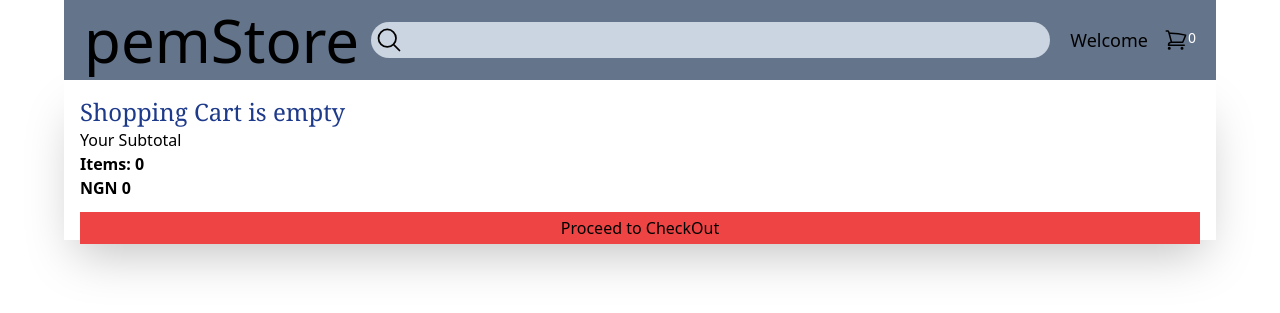
Repository: Semanmernstack/pemstore
Page: /checkout
The author's editor kept a copy of each file at every save. The page is drawn from the files as they stood at one save, then again after the next save.
The browser window is 1280 px wide. The pictures show the whole page.
The page's requests for data from a server got no answer. The project was rebuilt for these pictures with package versions that can differ from the ones it lists, and the page was loaded fresh each time. The framework's server and built-in components were replaced by stand-ins that run in the browser. No one was signed in, and anything a server would have sent is missing. Also part of the build but not shown: next.config.js, components/CheckoutProduct.js.

Above is the page before, as saved 2022-11-06 05:58:36.

After the next save:
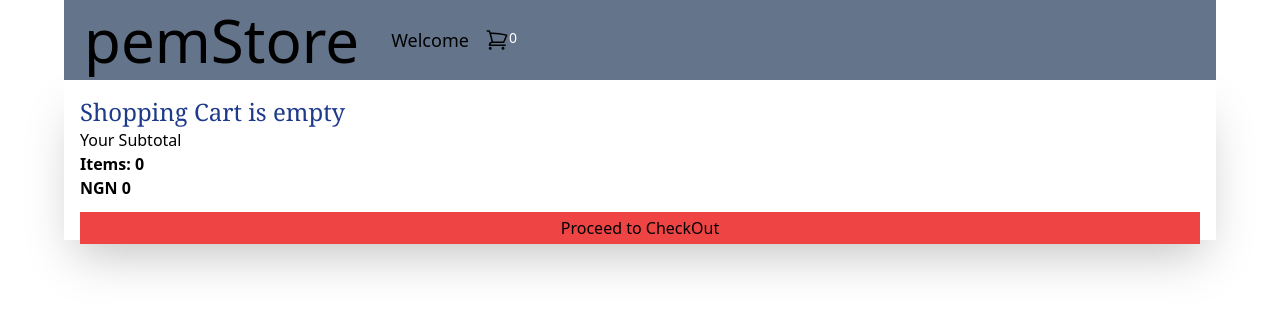
Saved 95 s later.
--- a/components/Header.js
+++ b/components/Header.js
@@ -14,8 +14,8 @@ function Header() {
           <div onClick={() => router.push("/")} className="mr-3  text-3xl md:text-5xl lg:text-6xl">
               <h1 className="cursor-pointer">pemStore</h1>
           </div>
-          <div className="flex items-center flex-grow bg-slate-300 p-1 cursor-pointer rounded-full ">
-              <input className=" hidden outline-none  rounded-full flex-grow   " type="text" placeholder="Search for product..." />
+          <div className=" hidden   items-center flex-grow bg-slate-300 p-1 cursor-pointer rounded-full ">
+              <input className=" outline-none  rounded-full flex-grow   " type="text" placeholder="Search for product..." />
               <svg className="h-7 w-7"   xmlns="http://www.w3.org/2000/svg" fill="none" viewBox="0 0 24 24" strokeWidth={1.5} stroke="currentColor" >
                   <path strokeLinecap="round" strokeLinejoin="round" d="M21 21l-5.197-5.197m0 0A7.5 7.5 0 105.196 5.196a7.5 7.5 0 0010.607 10.607z" />
               </svg>
